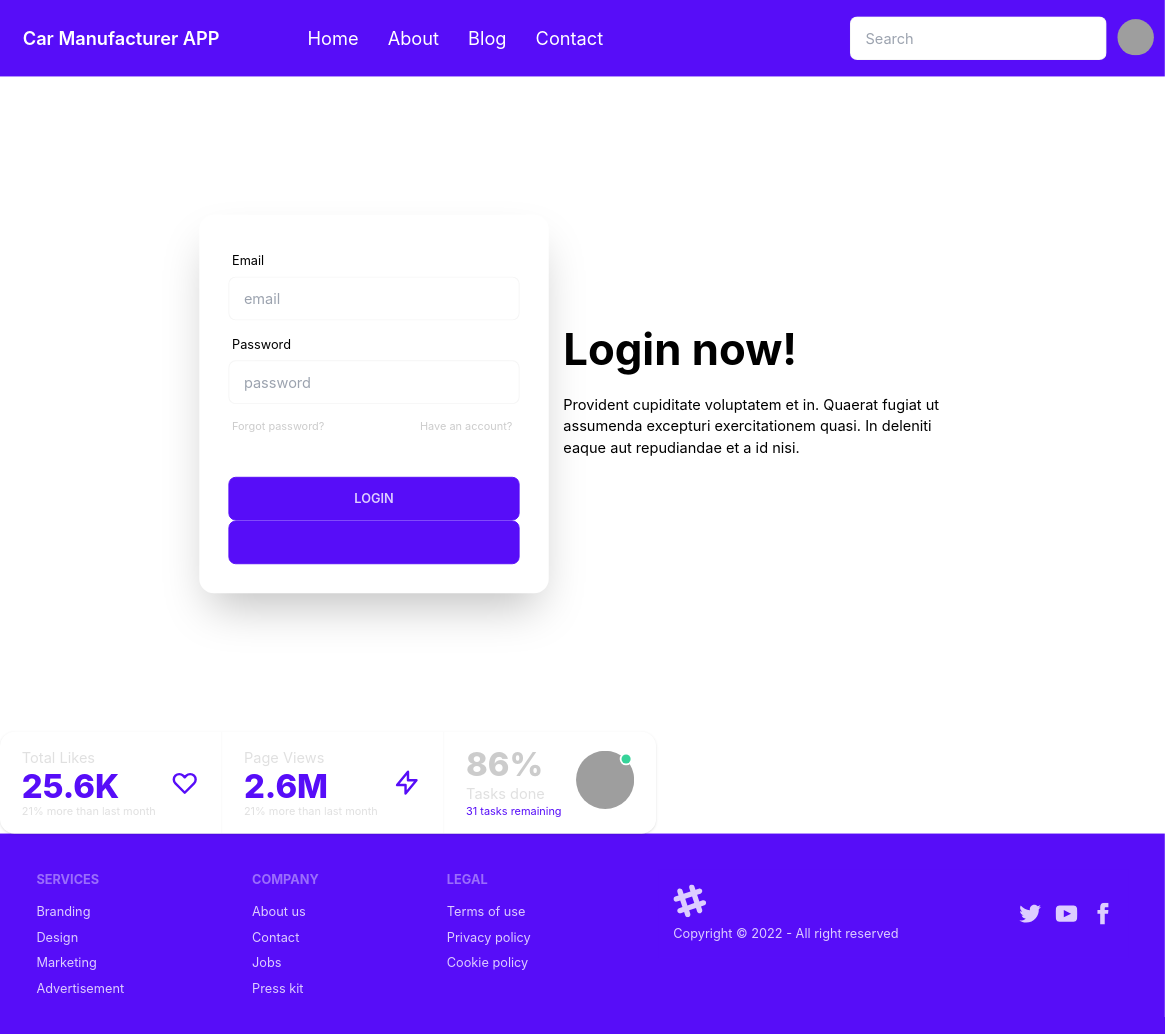
Repository: devsajid/car-manufacturer-app
Page: /login
An editor plug-in stored every save of this project. The page is shown before and after a run of saves, followed by the edit.
The browser window is 1280 px wide. The pictures show the whole page, at 91% of full size.
Pictures or frames that could not be fetched are drawn as grey boxes. The project was rebuilt for these pictures with package versions that can differ from the ones it lists, and the page was loaded fresh each time. Also part of the build but not shown: src/App.css, src/Pages/Home/Home.js, src/Pages/About/About.js, src/Pages/Blog/Blog.js, src/Pages/Contact/Contact.js, src/Pages/Register/Register.js.

Above is the page before, as saved 2022-05-22 23:00:26.

After the next 2 saves:
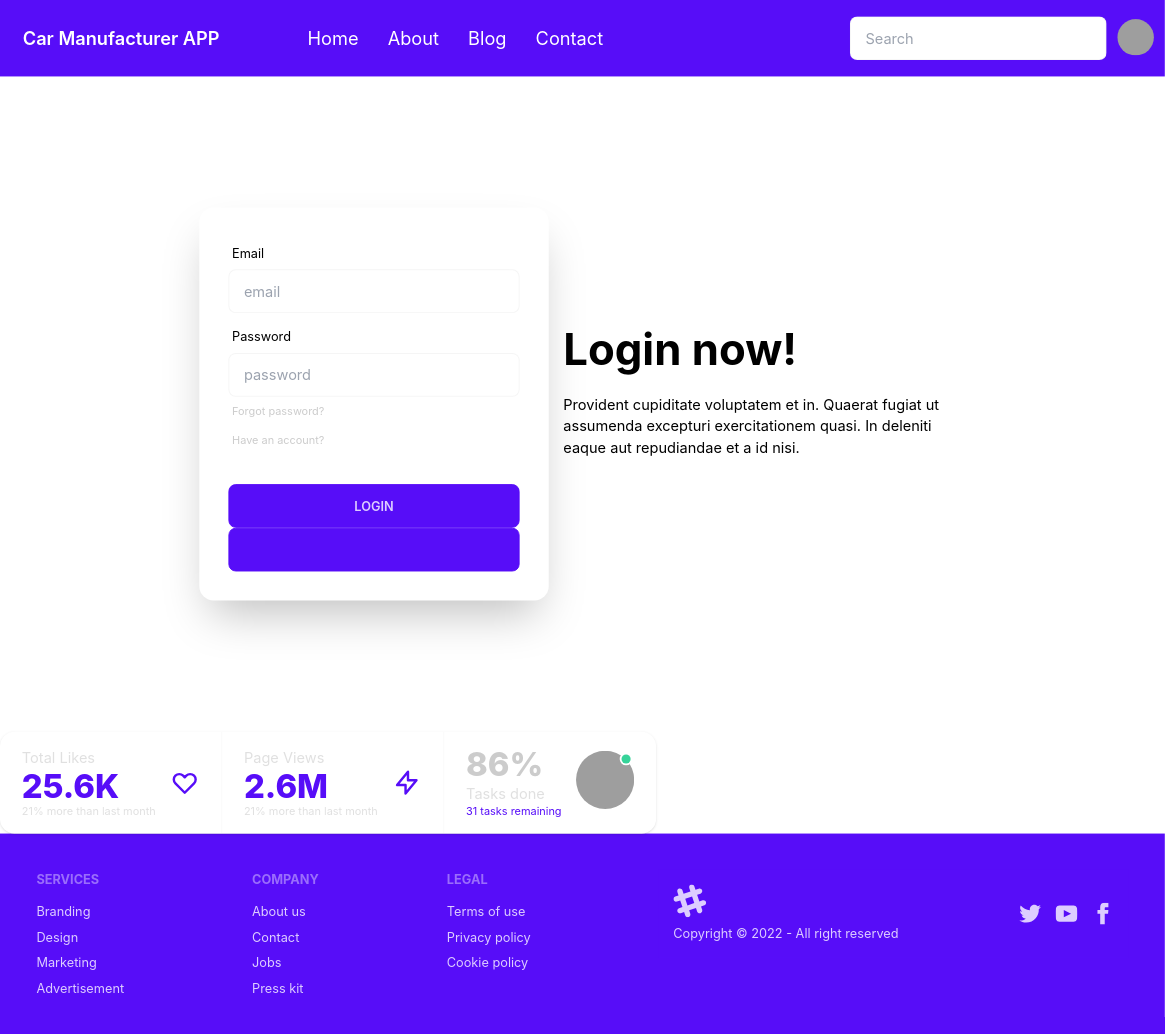
The 2 saves are shown as one change because they came seconds apart.
The last was saved 44 s later.
--- a/src/Pages/Register/Login/Login.js
+++ b/src/Pages/Register/Login/Login.js
@@ -39,11 +39,11 @@ const Login = () => {
                   <a href="#" class="label-text-alt link link-hover">
                     Forgot password?
                   </a>
-                  <label class="label">
-                    <Link to="/login" class="label-text-alt link link-hover">
-                      Have an account?
-                    </Link>
-                  </label>
+                </label>
+                <label class="label">
+                  <Link to="/login" class="label-text-alt link link-hover">
+                    Have an account?
+                  </Link>
                 </label>
               </div>
               <div class="form-control mt-6">
